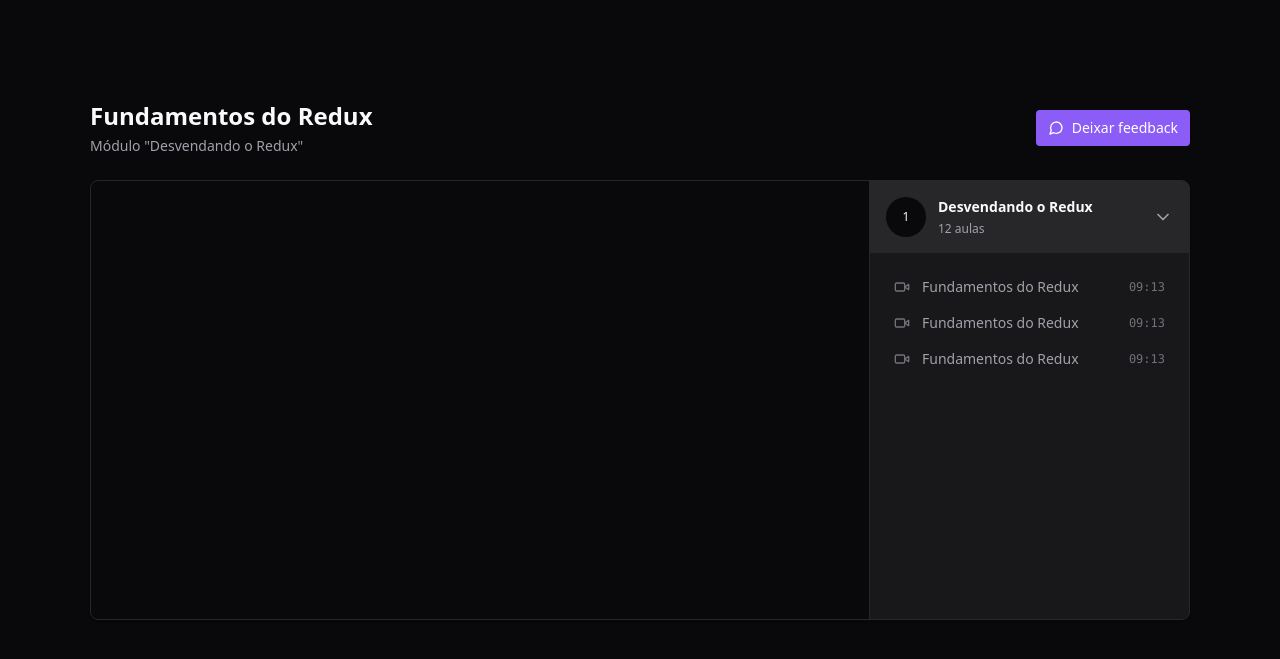
Repository: guilhermecardoso93/react-redux-zustand
Page: /
These files come from the project's save history. The page is drawn as it stood at one moment and after the next save; the edit follows.
The browser window is 1280 px wide. The pictures show the whole page.
The project was rebuilt for these pictures with package versions that can differ from the ones it lists, and the page was loaded fresh each time. Also part of the build but not shown: vite.config.ts.

Above is the page before, as saved 2023-06-28 20:10:29.

### src/main.tsx
import React from 'react'
import ReactDOM from 'react-dom/client'
import { App } from './App.tsx'

import './styles/global.css'

ReactDOM.createRoot(document.getElementById('root') as HTMLElement).render(
  <React.StrictMode>
    <App />
  </React.StrictMode>,
)

### src/App.tsx
import { Provider as ReduxProvider } from "react-redux";
import { store } from "./store";
import { Player } from "./pages/Player";

export function App() {

  return (
    <ReduxProvider store={store}>
      <Player />
    </ReduxProvider>
  )
}

### src/store/index.ts
import { configureStore, createSlice } from "@reduxjs/toolkit";
import { TypedUseSelectorHook, useSelector } from "react-redux";

export const store = configureStore({
  reducer: {},
});

export type RootState = ReturnType<typeof store.getState>;
export const useAppSelector: TypedUseSelectorHook<RootState> = useSelector;

### src/pages/Player.tsx
import { ChevronDown, MessageCircle, Video } from "lucide-react";
import ReactPlayer from "react-player";

export function Player() {
  return (
    <div className="h-screen bg-zinc-950 text-zinc-50 flex justify-center items-center">
      <div className="flex w-[1100px] flex-col gap-6">
        <div className="flex items-center justify-between">
          {/* Header */}
          <div className="flex flex-col gap-1">
            <h1 className="text-2xl font-bold">Fundamentos do Redux</h1>
            <span className="text-sm text-zinc-400">
              Módulo "Desvendando o Redux"
            </span>
          </div>

          <button className="flex items-center gap-2 rounded bg-violet-500 px-3 py-2 text-sm font-medium text-white hover:bg-violet-600">
            <MessageCircle className="w-4 h-4" />
            Deixar feedback
          </button>
        </div>

        <main className="relative flex overflow-hidden rounded-lg border border-zinc-800 bg-zinc-900 shadow">
          <div className="flex-1">
            <div className="w-full bg-zinc-950 aspect-video">
              <ReactPlayer
                width="100%"
                height="100%"
                controls
                url="https://www.youtube.com/watch?v=Jai8w6K_GnY"
              />
            </div>
          </div>
          <aside className="w-80 border-l border-zinc-800 bg-zinc-900">
            <div>
              <button className="flex w-full items-center gap-3 bg-zinc-800 p-4">
                <div className="flex h-10 w-10 rounded-full items-center justify-center bg-zinc-950 text-xs">
                  1
                </div>

                <div className="flex flex-col gap-1 text-left">
                  <strong className="text-sm">Desvendando o Redux</strong>
                  <span className="text-xs text-zinc-400">12 aulas</span>
                </div>

                <ChevronDown className="w-5 h-5 ml-auto text-zinc-400" />
              </button>

              <nav className="relative flex flex-col gap-4 p-6">
                <button className="flex items-center gap-3 text-sm text-zinc-400">
                  <Video className="w-4 h-4 text-zinc-500" />
                  <span>Fundamentos do Redux</span>
                  <span className="ml-auto font-mono text-xs text-zinc-500">
                    09:13
                  </span>
                </button>

                <button className="flex items-center gap-3 text-sm text-zinc-400">
                  <Video className="w-4 h-4 text-zinc-500" />
                  <span>Fundamentos do Redux</span>
                  <span className="ml-auto font-mono text-xs text-zinc-500">
                    09:13
                  </span>
                </button>

                <button className="flex items-center gap-3 text-sm text-zinc-400">
                  <Video className="w-4 h-4 text-zinc-500" />
                  <span>Fundamentos do Redux</span>
                  <span className="ml-auto font-mono text-xs text-zinc-500">
                    09:13
                  </span>
                </button>
              </nav>
            </div>
          </aside>
        </main>
      </div>
    </div>
  );
}

### tailwind.config.js
/** @type {import('tailwindcss').Config} */
export default {
  content: [
    './src/**/*.tsx',
  ],
  theme: {
    extend: {},
  },
  plugins: [],
}

Loaded but not shown: src/styles/global.css (common file)

After the next save:
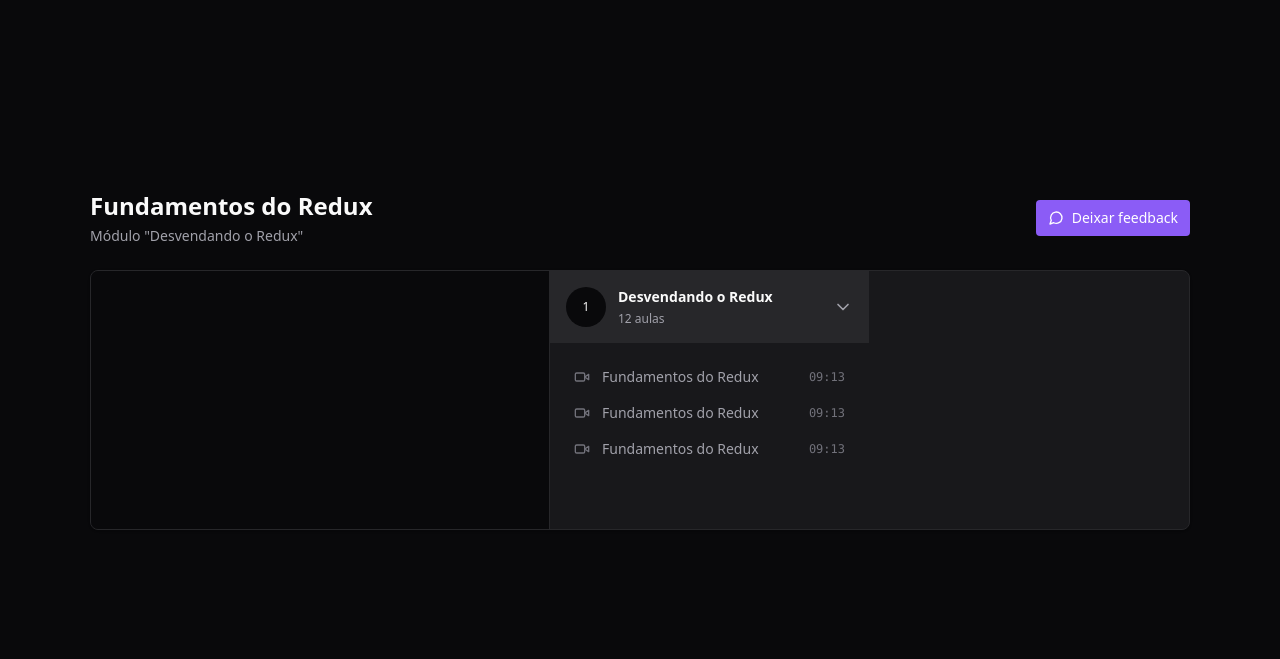
Saved 2 min 32 s later.
--- a/src/pages/Player.tsx
+++ b/src/pages/Player.tsx
@@ -20,7 +20,7 @@
           </button>
         </div>
 
-        <main className="relative flex overflow-hidden rounded-lg border border-zinc-800 bg-zinc-900 shadow">
+        <main className="relative flex overflow-hidden rounded-lg border border-zinc-800 bg-zinc-900 shadow pr-80">
           <div className="flex-1">
             <div className="w-full bg-zinc-950 aspect-video">
               <ReactPlayer
